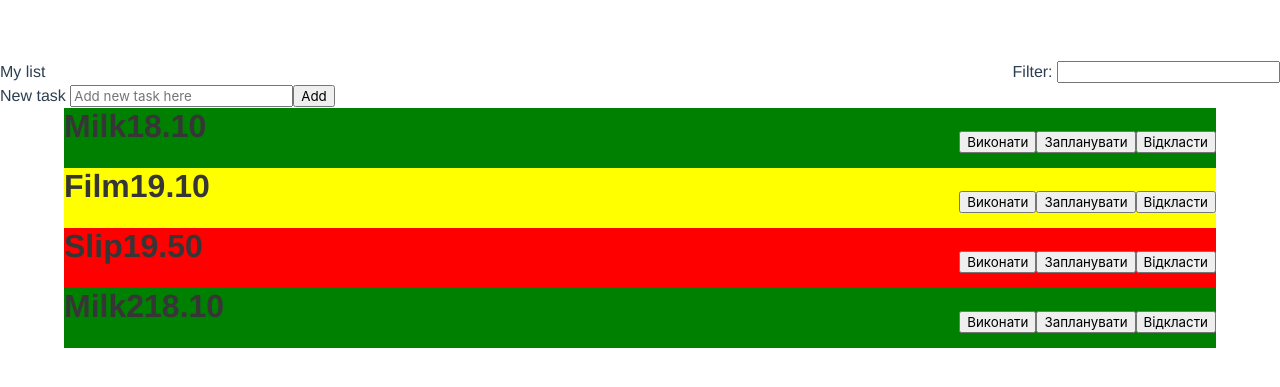
Repository: Olegche/sushi
Page: /
An editor plug-in stored every save of this project. The page is shown before and after the next save, followed by the edit.
The browser window is 1280 px wide. The pictures show the whole page.
The project was rebuilt for these pictures with package versions that can differ from the ones it lists, and the page was loaded fresh each time.

Above is the page before, as saved 2020-10-12 19:02:04.

### public/index.html
<!DOCTYPE html>
<html lang="en">
  <head>
    <meta charset="utf-8">
    <meta http-equiv="X-UA-Compatible" content="IE=edge">
    <meta name="viewport" content="width=device-width,initial-scale=1.0">
    <link rel="icon" href="<%= BASE_URL %>favicon.ico">
    <title>sushi</title>
  </head>
  <body>
    <noscript>
      <strong>We're sorry but <%= htmlWebpackPlugin.options.title %> doesn't work properly without JavaScript enabled. Please enable it to continue.</strong>
    </noscript>
    <div id="app"></div>
    <!-- built files will be auto injected -->
  </body>
</html>

### src/main.js
import Vue from 'vue'
import App from './App.vue'
import Buefy from 'buefy'
import 'buefy/dist/buefy.css'


Vue.use(Buefy)


Vue.config.productionTip = false



new Vue({
  render: h => h(App),
}).$mount('#app')

### src/App.vue
<template>
  <div id="app">
    <todo-list
    title="My list"
    :tasksList="myList"/>
  </div>
</template>

<script>
import TodoList from "./components/TodoList";
export default {
  name: 'App',
  components: {
    TodoList
  },

  data() {
    return {
      myList: [
        {
          id:1,
          task:"Milk",
          time:'18.10',
          status:"NEW"
        },
        {
          id:2,
          task:"Film",
          time:'19.10',
          status:"IN-PROGRES"
        },
        {
          id:3,
          task:"Slip",
          time:'19.50',
          status:"POSTPONED"
        },
        {
          id:4,
          task:"Milk2",
          time:'18.10',
          status:"NEW"
        },
      ]
    }
  },
}
</script>

<style>
#app {
  font-family: Avenir, Helvetica, Arial, sans-serif;
  -webkit-font-smoothing: antialiased;
  -moz-osx-font-smoothing: grayscale;
  /* text-align: center; */
  color: #2c3e50;
  margin-top: 60px;
}
</style>

### src/components/TodoList/index.vue
<template>
    <div>

        <div class="header">

          <div>  {{title}}</div>

          <div>
              <label>
                  Filter:
                  <input type="text" v-model="seachText">
              </label>
          </div>

        </div>
        <div>
            <label>
                New task
                <input type="text" v-model="newTask" placeholder="Add new task here">
                <button @click="onAdd">
                    Add
                </button>
           </label>
        </div>
        <div>
            <todo-item v-for="taskItem in tasksList" :key="taskItem.id"
                :id="taskItem.id"
                :task="taskItem.task"
                :time="taskItem.time"
                :status='taskItem.status'
             @my-postponed="onPostponed(taskItem.id)"
             @plan="onPlan($event)"
             @done="onDone(taskItem.id)"
             />
        </div>
    </div>
</template>

<script>
import data from './settings'
import TodoItem from "./TodoItem";
import uniqid from "uniqid";
    export default {
        name:"TodoList",

        components: {
            TodoItem,
        },

        props: {
            tasksList: {
                type: Array,
                default: ()=>[]
            },
            title:{
                type:String,
                default:'no title'
            },

        },

        data() {
            return {
                data,
                newTask:null,
                seachText:null
            }
        },

        watch: {
            seachText(newValue, oldValue) {
                console.log(`${newValue} - ${oldValue}`);
            }
        },

        methods: {
            onPlan(id){
                const task=this.tasksList.find(item=>item.id===id)
                task.status='IN-PROGRES'
            },
            onPostponed(id) {
                const task=this.tasksList.find(item=>item.id===id)
                task.status='POSTPONED'
            },
            onDone(id){
                const task=this.tasksList.find(item=>item.id===id)
                task.status='DONE'
            },
            onAdd(){

const time=new Date()
                this.tasksList.push({
                        id:uniqid(),
                        task:this.newTask,
                        time:`${time.getHours()}.${time.getMinutes()}`,
                    status:"IN-PROGRES"

                })
            }
        },
    }
</script>

<style lang="css" scoped>
.header{
    display: flex;
    justify-content: space-between;
}
</style>

### src/components/TodoList/settings.js
export default [
  {
    img: "smile.jpg",
  },
];

### src/components/TodoList/TodoItem/index.vue
<template>
    <div :class="`container ${statusClass}`">
        <div class="title">
            <span>{{task}}</span>
            <span>{{time}}</span>
        </div>
        <div class="buttons">
            <button @click="$emit('done')">Виконати</button>
            <button @click="$emit('plan',id)">Запланувати</button>
            <button @click="$emit('my-postponed')">
                Відкласти
            </button>
        </div>
    </div>
</template>

<script>
    export default {
        name:"TodoItem",

        props: {
            id: {
                type: [String,Number],
                required:true,
            },
            task: {
                type: String,
                default:'',
            },
            time: {
                type: String,
                default:'',
            },
            status:{
                type: String,
                default:'',
            }
        },

        computed: {
            statusClass() {
                switch (this.status) {
                    case 'NEW': return 'new'

                    case 'IN-PROGRES': return 'in-progres'

                    case 'POSTPONED': return 'postponed'

                    case 'DONE': return 'done'

                    default:
                        return 'new'

                }
            }
        },
    }
</script>

<style lang="css" scoped>
.container{
    display: flex;
    justify-content: space-between;
}
.new{
    background-color: green;
}
.in-progres{
    background-color: yellow;
}
.postponed{
    background-color: red;
}
.done{
    background-color: blue;
}

/* .title{
    float: left;
}
.buttons{
    float:right;
} */
</style>

After the next save:
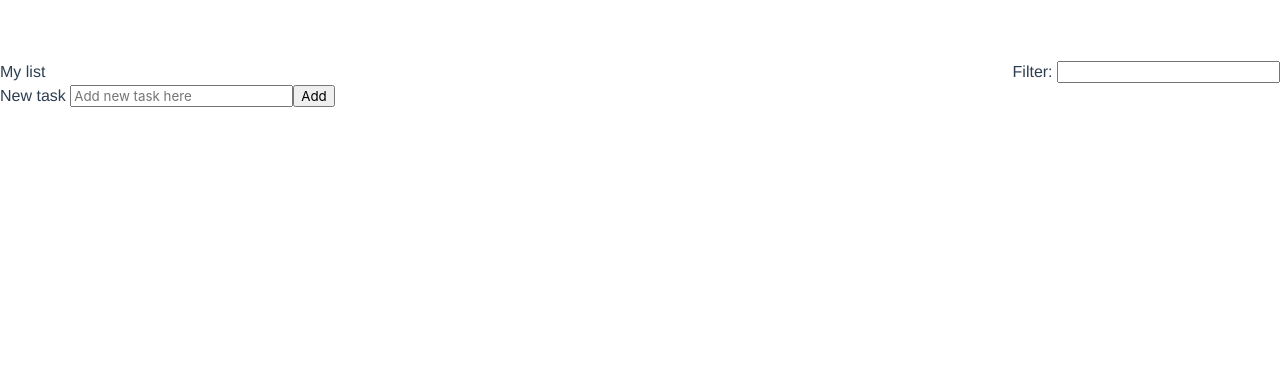
Saved 2 min 20 s later.
--- a/src/components/TodoList/index.vue
+++ b/src/components/TodoList/index.vue
@@ -23,7 +23,7 @@
            </label>
         </div>
         <div>
-            <todo-item v-for="taskItem in tasksList" :key="taskItem.id"
+            <todo-item v-for="taskItem in list" :key="taskItem.id"
                 :id="taskItem.id"
                 :task="taskItem.task"
                 :time="taskItem.time"
@@ -67,6 +67,11 @@
             }
         },
 
+        computed: {
+            list() {
+                return this.tasksList.filter(item=>item.task.includes(this.seachText))
+            }
+        },
         watch: {
             seachText(newValue, oldValue) {
                 console.log(`${newValue} - ${oldValue}`);

After the save that followed:
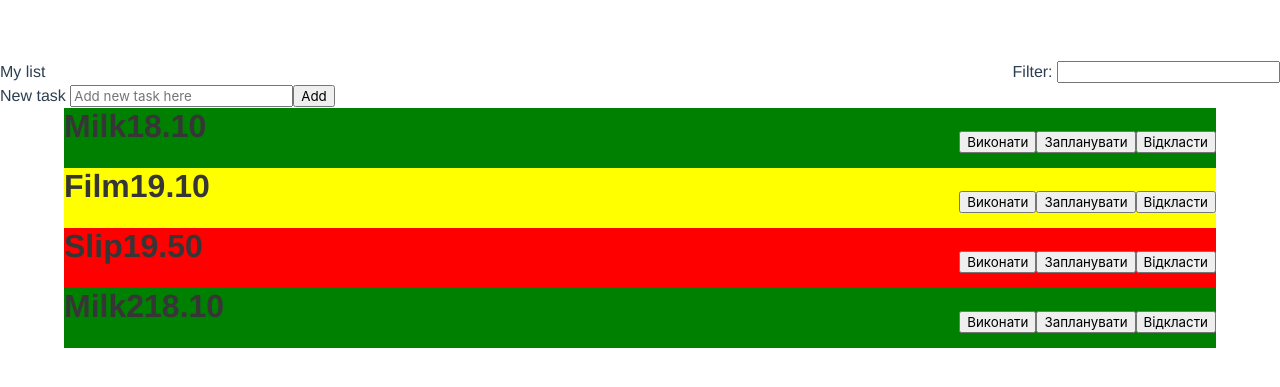
Saved 49 s later.
--- a/src/components/TodoList/index.vue
+++ b/src/components/TodoList/index.vue
@@ -69,6 +69,8 @@
 
         computed: {
             list() {
+                if(!this.seachText) return this.tasksList
+                else
                 return this.tasksList.filter(item=>item.task.includes(this.seachText))
             }
         },
